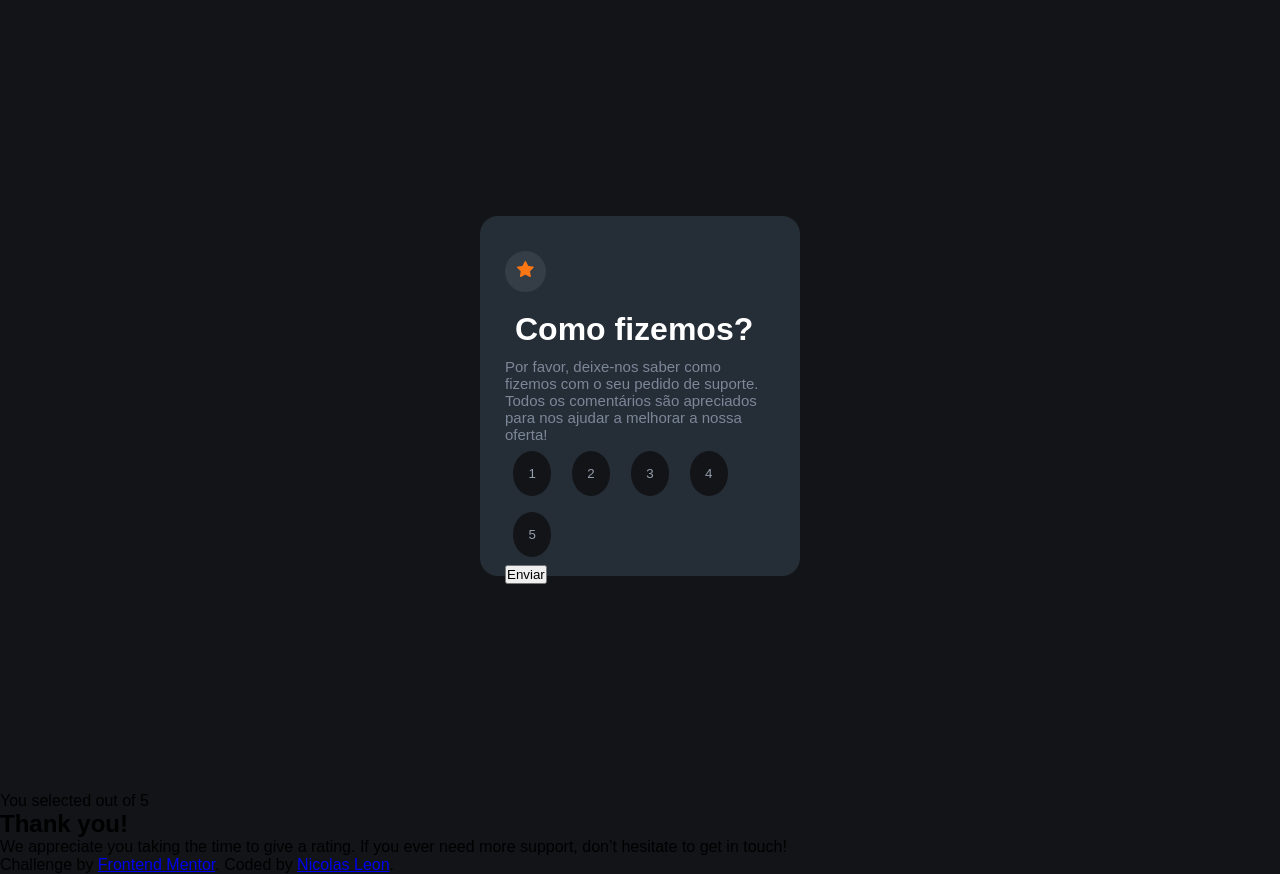
Repository: Leonngc/projeto-avaliacao
Page: index.html
The author's editor kept a copy of each file at every save. The page is drawn from the files as they stood at one save, then again after the next save.
The browser window is 1280 px wide. The pictures show the whole page.
Some web fonts or font styles are not loaded; a fallback is used.

Above is the page before, as saved 2023-01-26 11:33:41.

### index.html
<!DOCTYPE html>
<html lang="en">
<head>
  <meta charset="UTF-8">
  <meta name="viewport" content="width=device-width, initial-scale=1.0"> <!-- displays site properly based on user's device -->

  <link rel="icon" type="image/png" sizes="32x32" href="./images/favicon-32x32.png">

  <title>Frontend Mentor | Interactive rating component</title>

  <link rel="stylesheet" href="styles/style.css">
</head>
<body>

  <!-- Rating state start -->
<form id="avaliation-form">

  <span id="icon-star">
    <img src="images/icon-star.svg" alt="">
  </span>

    <h1>Como fizemos?</h1>

    <p>
      Por favor, deixe-nos saber como fizemos com o seu pedido de suporte. Todos os comentários são apreciados
      para nos ajudar a melhorar a nossa oferta!
    </p>

    <div id="avaliation-btns">
      <input type="button" value="1" class="avaliation">
      <input type="button" value="2" class="avaliation">
      <input type="button" value="3"  class="avaliation">
      <input type="button" value="4"  class="avaliation">
      <input type="button" value="5"  class="avaliation">
    </div>

    <input type="submit" onclick="sent()" value="Enviar"></input>
</form>

  <!-- Rating state end -->

  <!-- Thank you state start -->

  <section id="result-avaliation">
    <p id="avaliacao-user">You selected <!-- Add rating here --> out of 5</p>
    <h1>Thank you!</h1>
    <p>
      We appreciate you taking the time to give a rating. If you ever need more support,
      don’t hesitate to get in touch!
    </p>
  </section>

  <!-- Thank you state end -->


  <div class="attribution">
    Challenge by <a href="https://www.frontendmentor.io?ref=challenge" target="_blank">Frontend Mentor</a>.
    Coded by <a href="#">Nicolas Leon</a>.
  </div>
</body>
</html>

### styles/style.css
@import url('https://fonts.googleapis.com/css2?family= Viaduto & display = swap');
:root{
    --very-dark-blue:hsl(216, 12%, 8%);
    --dark-blue:hsl(213, 19%, 18%);
    --medium-grey: hsl(216, 12%, 54%);
    --light-grey:hsl(217, 12%, 63%);
}

*{
    margin: 0;
    padding: 0;
    box-sizing: border-box;
}

body{
    background-color:var(--very-dark-blue);
    font-family: 'Overpass', sans-serif;
}
span{
    background-color: rgba(255, 255, 255, 0.074);
    padding: 12px;
    border-radius: 50%;
    text-align: center;
}

span > img{
    margin-top: 20px;
}

#avaliation-form{
    background-color:var(--dark-blue);
    width: 25vw;
    height: 50vh;
    padding: 25px;
    margin: 30vh auto;
    color: white;
    border-radius: 18px;
}

#avaliation-form > h1{
    padding: 10px;
    margin-top: 20px;
}

#avaliation-form > p{
    color:var(--medium-grey);
    font-size: 15px;
}

.avaliation{
    margin: 8px;
    border-radius: 66%;
    padding: 15px;
    border: none;
    background-color: var(--very-dark-blue);
    color: var(--light-grey);
    width: 3vw;
}

After the next save:
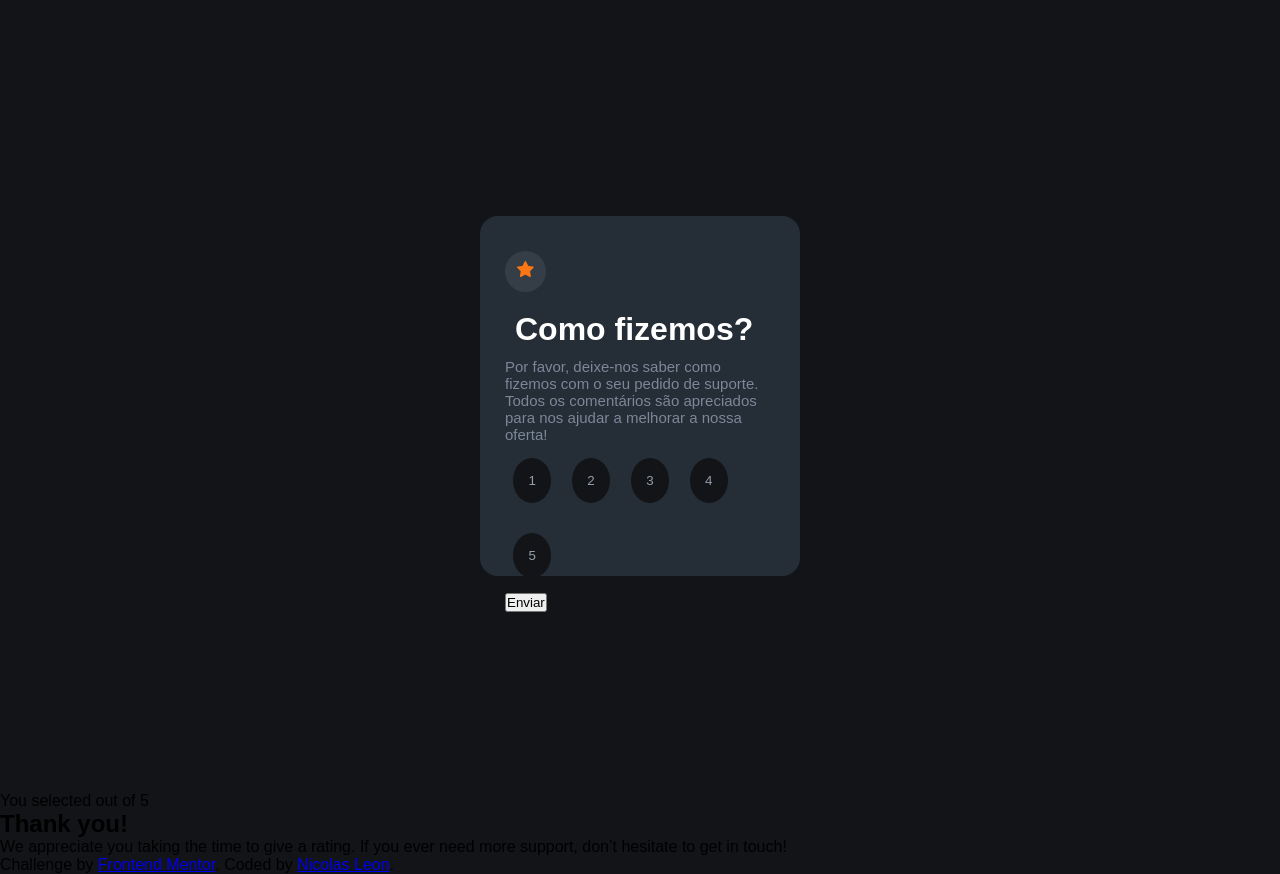
Saved 6 s later.
--- a/styles/style.css
+++ b/styles/style.css
@@ -48,7 +48,7 @@ span > img{
 }
 
 .avaliation{
-    margin: 8px;
+    margin: 15px 8px;
     border-radius: 66%;
     padding: 15px;
     border: none;
